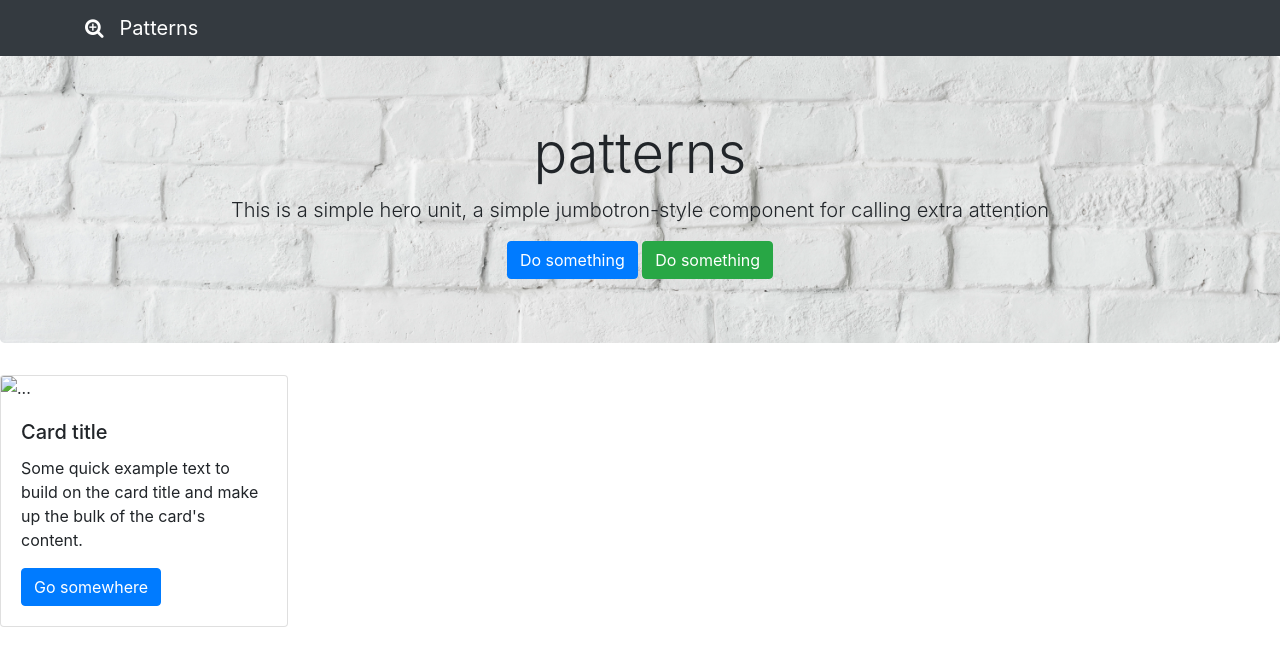
Repository: Mietlicha/patterns
Page: index.html
The author's editor kept a copy of each file at every save. The page is drawn from the files as they stood at one save, then again after the next save.
The browser window is 1280 px wide. The pictures show the whole page.

Above is the page before, as saved 2019-10-24 11:35:47.
Not found: ...

After the next save:
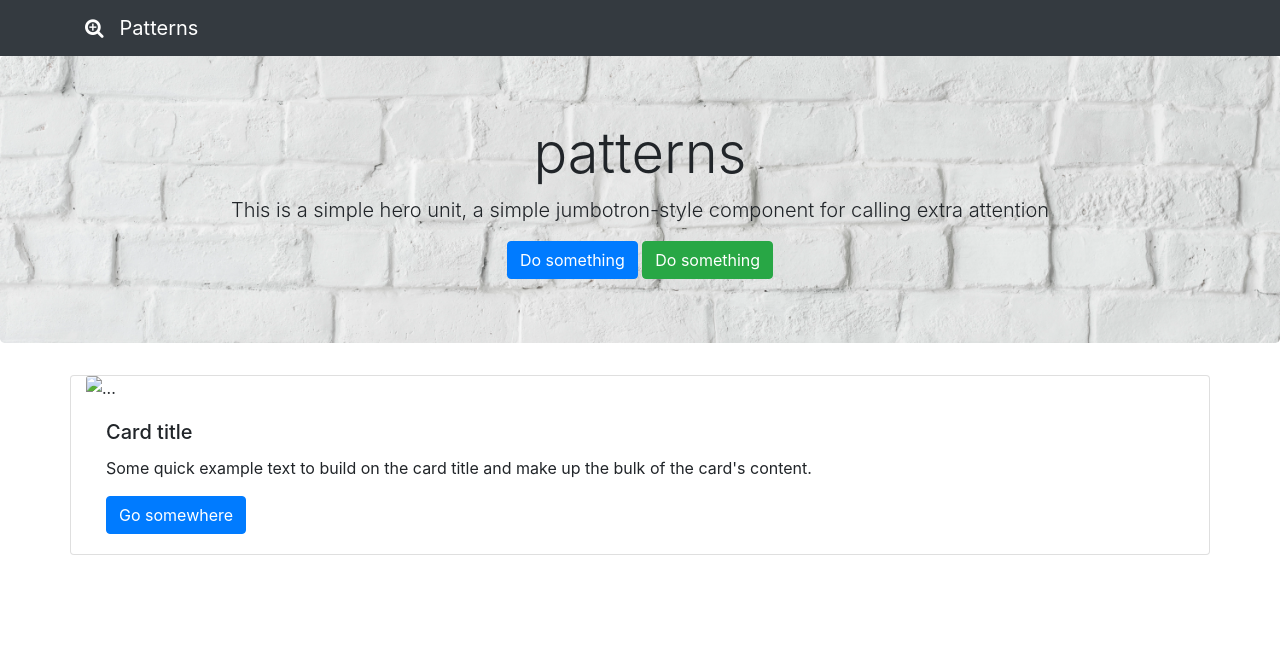
Saved 24 s later.
--- a/index.html
+++ b/index.html
@@ -27,7 +27,7 @@
             </div>
             </section>
 
-            <section class="card" style="width: 18rem;">
+            <section class="card container"">
                     <img src="..." class="card-img-top" alt="...">
                     <div class="card-body">
                       <h5 class="card-title">Card title</h5>
